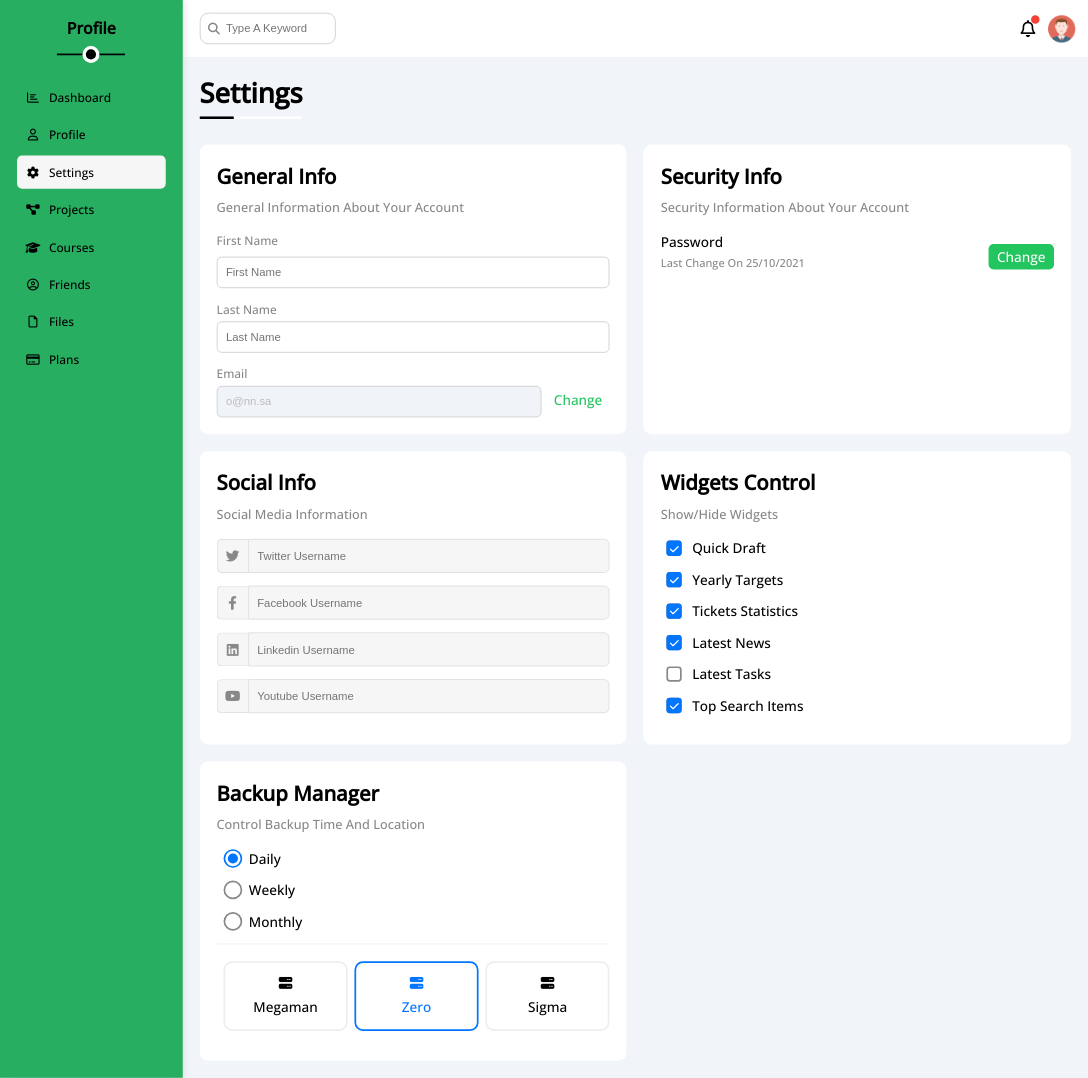
Repository: souhailaniba/Bookly
Page: public/assets/books webstie/settings.html
The author's editor kept a copy of each file at every save. The page is drawn from the files as they stood at one save, then again after the next save.
The browser window is 1280 px wide. The pictures show the whole page, at 85% of full size.

Above is the page before, as saved 2023-01-27 14:47:47.

After the next save:
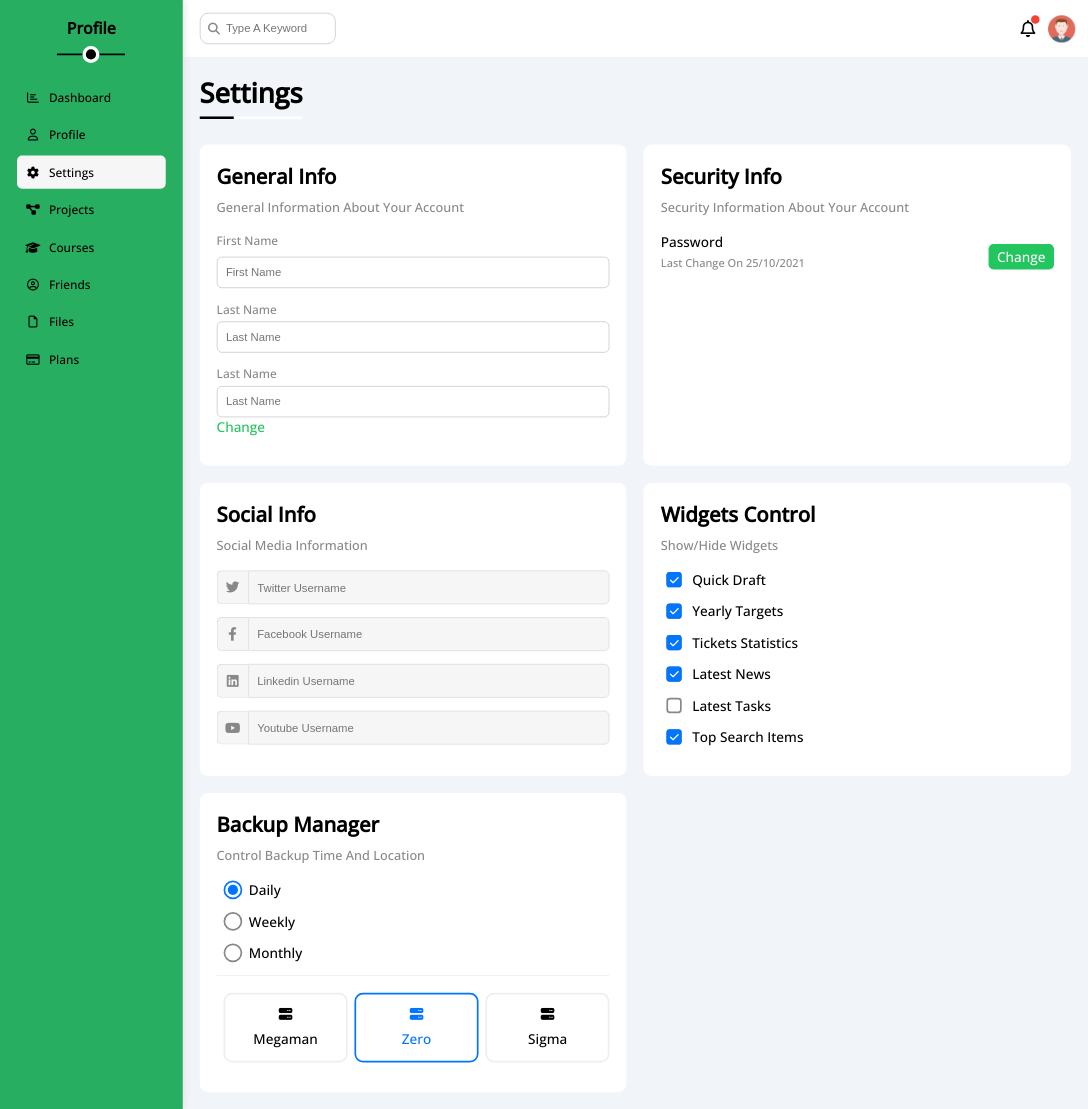
Saved 23 s later.
--- a/public/assets/books webstie/settings.html
+++ b/public/assets/books webstie/settings.html
@@ -106,14 +106,13 @@
                 placeholder="Last Name"
               />
             </div>
-            <div>
-              <label class="fs-14 c-grey d-block mb-5" for="email">Email</label>
+            <div class="mb-15">
+              <label class="fs-14 c-grey d-block mb-5" for="last">Last Name</label>
               <input
-                class="email b-none border-ccc p-10 rad-6 w-full mr-10"
-                id="email"
-                type="email"
-                value="o@nn.sa"
-                disabled
+                class="b-none border-ccc p-10 rad-6 d-block w-full"
+                id="last"
+                type="text"
+                placeholder="Last Name"
               />
               <a class="c-green" href="#">Change</a>
             </div>
